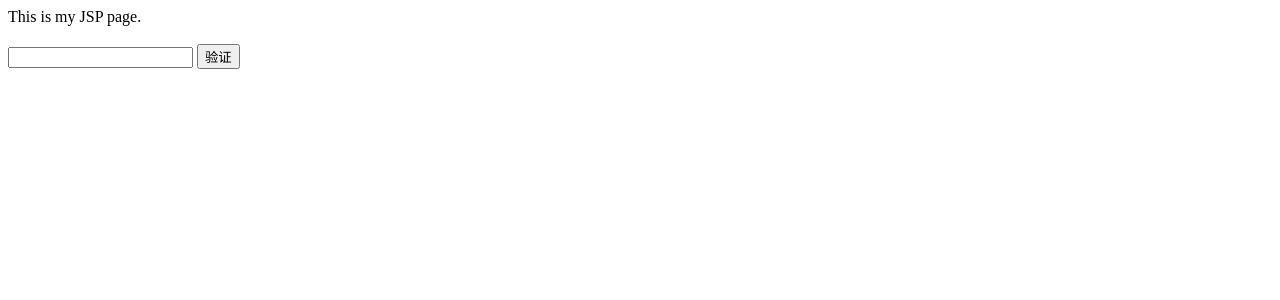
Repository: ruanhuabin/IntelliEyeShade
Page: http://localhost/IntelliEyeShade/users/users_verify.jsp
These files come from the project's save history. The page is drawn as it stood at one moment and after the next save; the edit follows.
The browser window is 1280 px wide. The pictures show the whole page.
The page is served by Tomcat 9. Nobody is signed in. The application's start-up code is not run.

Above is the page before, as saved 2016-12-14 02:35:40.

After the next save:
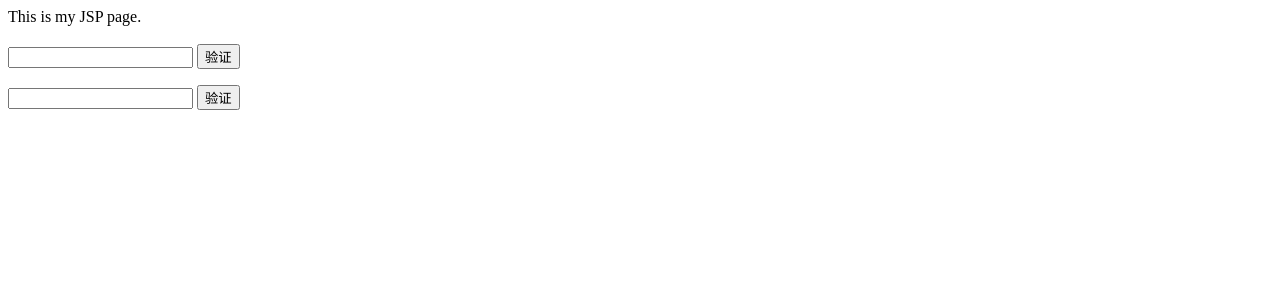
Saved 73 min 35 s later.
--- a/IntelliEyeShade/WebRoot/users/users_verify.jsp
+++ b/IntelliEyeShade/WebRoot/users/users_verify.jsp
@@ -31,5 +31,13 @@ String basePath = request.getScheme()+"://"+request.getServerName()+":"+request.
   </form>
 
 
+
+
+  <form action="users/Users_verifyUser.action" method="post">
+  <input type="text" name="phoneNum"/>
+  <input type="submit" value="验证"/>
+  </form>
+
+
   </body>
 </html>
